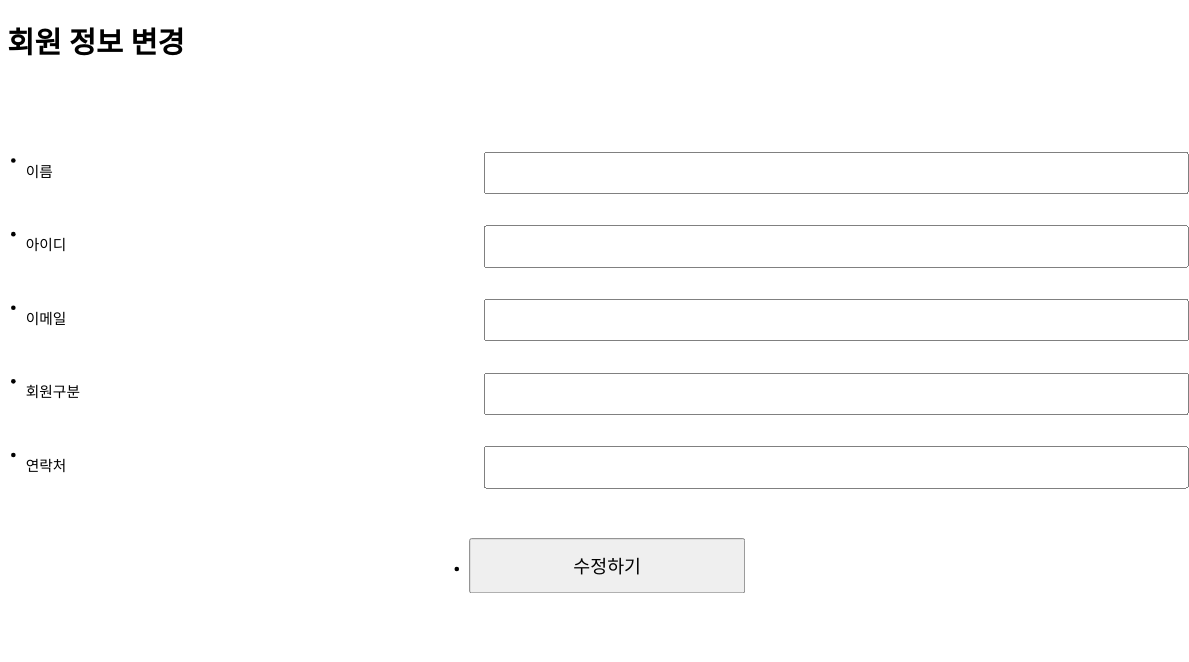
Repository: jngwk/Project-Bark
Page: http://localhost/Bark/include/userEditProfileFrm.jsp
An editor plug-in stored every save of this project. The page is shown before and after the next save, followed by the edit.
The browser window is 1280 px wide. The page is 1292 px wide, so the pictures cover 1292 px, including what lies to the right of the window. The pictures show the whole page, at 92% of full size.
The page is served by Tomcat 9.

Above is the page before, as saved 2024-03-31 05:57:25.

After the next save:
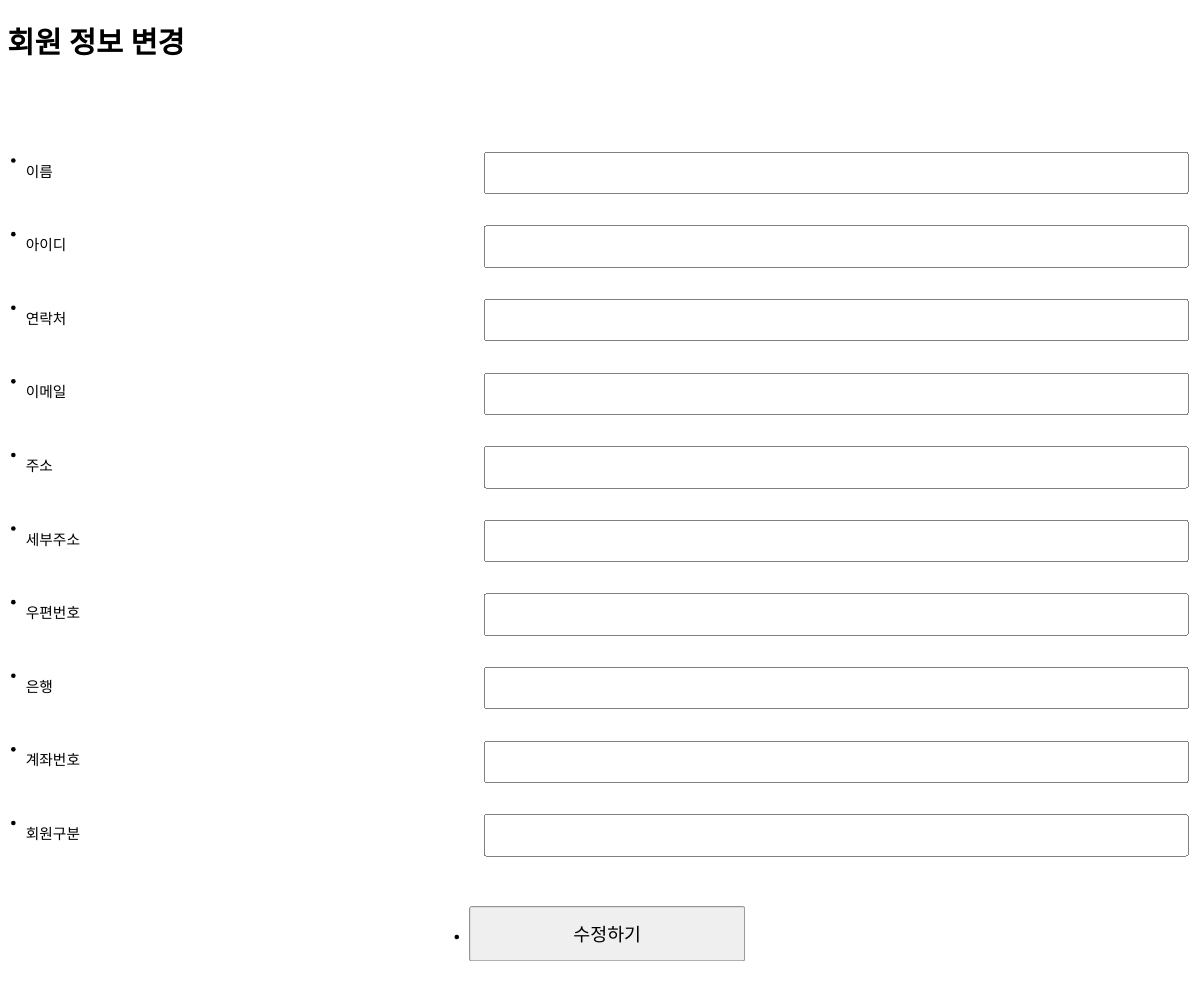
Saved 3 min 30 s later.
--- a/java_workspace/Bark/src/main/webapp/include/userEditProfileFrm.jsp
+++ b/java_workspace/Bark/src/main/webapp/include/userEditProfileFrm.jsp
@@ -28,21 +28,55 @@
 			</li>
 
 			<li class="form-element">
+			<span class="label-text">연락처</span>
+			<input class="profile-info" type="text" data-text-content="true"
+			value="${sessionScope.user.phone }" >
+			</li>
+
+			<li class="form-element">
 			<span class="label-text">이메일</span>
 			<input class="profile-info" type="text" data-text-content="true"
 			value="${sessionScope.user.email }" >
+			</li>
+
+
+
+
+
+			<li class="form-element">
+			<span class="label-text">주소</span>
+			<input class="profile-info" type="text" data-text-content="true"
+			value="${sessionScope.user.phone }" >
+			</li>
+
+			<li class="form-element">
+			<span class="label-text">세부주소</span>
+			<input class="profile-info" type="text" data-text-content="true"
+			value="${sessionScope.user.phone }" >
+			</li>
+
+			<li class="form-element">
+			<span class="label-text">우편번호</span>
+			<input class="profile-info" type="text" data-text-content="true"
+			value="${sessionScope.user.phone }" >
+			</li>
+
+			<li class="form-element">
+			<span class="label-text">은행</span>
+			<input class="profile-info" type="text" data-text-content="true"
+			value="${sessionScope.user.phone }" >
+			</li>
+
+			<li class="form-element">
+			<span class="label-text">계좌번호</span>
+			<input class="profile-info" type="text" data-text-content="true"
+			value="${sessionScope.user.phone }" >
 			</li>
 
 			<li class="form-element">
 			<span class="label-text">회원구분</span>
 			<input class="profile-info readonly" type="text" data-text-content="true"
 			value="${sessionScope.user.type }" readonly>
-			</li>
-
-			<li class="form-element">
-			<span class="label-text">연락처</span>
-			<input class="profile-info" type="text" data-text-content="true"
-			value="${sessionScope.user.phone }" >
 			</li>
 			<li class="edit-btn-area">
 			<button type="submit" class="edit-btn btn"><span>수정하기</span></button>
